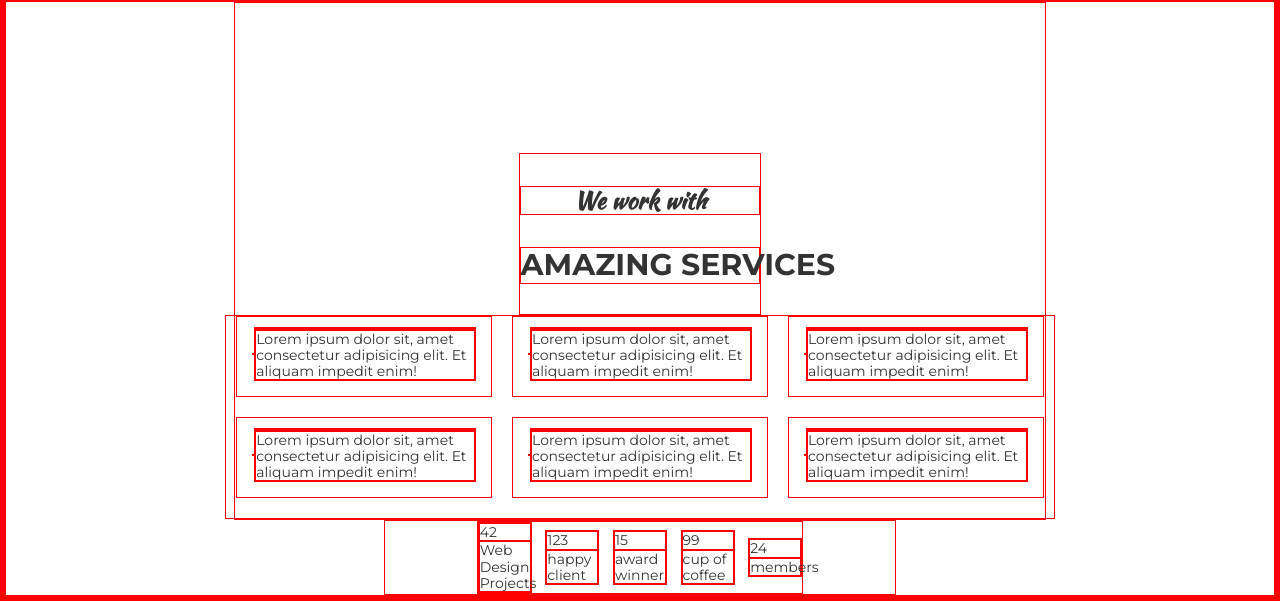
Repository: nataliiasaltan/Homework
Page: index.html
An editor plug-in stored every save of this project. The page is shown before and after the next save, followed by the edit.
The browser window is 1280 px wide. The pictures show the part of the page from y = 901 to 1502 px (the page is 1502 px tall before and 1352 px after).

Above is the page before, as saved 2020-02-27 10:43:57.

### index.html
<!DOCTYPE html>
<html lang="en">
    <head>
        <meta charset="UTF-8">
        <meta name="viewport" content="width=device-width, initial-scale=1.0">
        <link rel="stylesheet"
            href="https://necolas.github.io/normalize.css/8.0.1/normalize.css">
        <link
            href="https://fonts.googleapis.com/css?family=Kaushan+Script|Montserrat:400,700|Roboto:400,400i&display=swap"
            rel="stylesheet">
        <link rel="stylesheet" href="css/icomoon.css">
        <link rel="stylesheet" href="css/style.css">
        <title>Mogo</title>
    </head>
    <body>
        <div class="wrapper">
            <header class="header">
                <div class="container">
                    <div class="header__wrapper">
                        <strong class="logo"><a href="home.html" alt="MoGo"></a>MoGo</strong>
                        <div class="header__inner">
                            <nav class="nav">
                                <ul class="nav-list">
                                    <li><a href="#">About</a></li>
                                    <li><a href="#">service</a></li>
                                    <li><a href="#">work</a></li>
                                    <li><a href="#">blog</a></li>
                                    <li><a href="#">contact</a></li>
                                </ul>
                            </nav>
                            <div class="booking">
                                <a href="#"> <i class="icon-shopping-cart"></i></a>
                                <a href="#"> <i class="icon-search"></i></a>
                            </div>
                        </div>
                    </div>
                </div>
            </header>
            <main>
                <section class="about" style="background-image:
                    url(images/Layer_15.png);">
                    <div class="about__container">
                        <div class="about__inner">
                            <div class="creative">Creative Template</div>
                            <div class="about__title">Welcome <br> to MoGo</div>
                        </div>
                        <div class="holder-btn">
                            <a class="about__btn" href="#">Learn more</a>

                        </div>
                    </div>
                </section>
                <section class="service">
                     <div class="service__wrapper">
                    <div class="container">

                        <div class="title-holder">
                            <h4>We work with</h4>
                            <h3>Amazing Services</h3>
                        </div>
                        <div class="development__wrapper">
                            <div class="development">
                                <i class="icon-service"></i>
                                <div class="development__inner">
                                    <div class="name"></div>
                                    <div class="description">Lorem ipsum dolor
                                        sit,
                                        amet
                                        consectetur adipisicing elit. Et aliquam
                                        impedit
                                        enim!</div>
                                </div>
                            </div>
                            <div class="development">
                                <i class="icon-service"></i>
                                <div class="development__inner">
                                    <div class="name"></div>
                                    <div class="description">Lorem ipsum dolor
                                        sit,
                                        amet
                                        consectetur adipisicing elit. Et aliquam
                                        impedit
                                        enim!</div>
                                </div>
                            </div>
                            <div class="development">
                                <i class="icon-service"></i>
                                <div class="development____inner">
                                    <div class="name"></div>
                                    <div class="description">Lorem ipsum dolor
                                        sit,
                                        amet
                                        consectetur adipisicing elit. Et aliquam
                                        impedit
                                        enim!</div>
                                </div>
                            </div>
                            <div class="development">
                                <i class="icon-service"></i>
                                <div class="development__inner">
                                    <div class="name"></div>
                                    <div class="description">Lorem ipsum dolor
                                        sit,
                                        amet
                                        consectetur adipisicing elit. Et aliquam
                                        impedit
                                        enim!</div>
                                </div>
                            </div>
                            <div class="development">
                                <i class="icon-service"></i>
                                <div class="development__inner">
                                    <div class="name"></div>
                                    <div class="description">Lorem ipsum dolor
                                        sit,
                                        amet
                                        consectetur adipisicing elit. Et aliquam
                                        impedit
                                        enim!</div>
                                </div>
                            </div>
                            <div class="development">
                                <i class="icon-service"></i>
                                <div class="development__inner">
                                    <div class="name"></div>
                                    <div class="description">Lorem ipsum dolor
                                        sit,
                                        amet
                                        consectetur adipisicing elit. Et aliquam
                                        impedit
                                        enim!</div>
                                </div>
                            </div>
                        </div>
                    </div>

                    <div class="result">
                        <div class="result__container">
                            <div class="result__inner">
                                <div class="namber">42</div>
                                <div class="signature">Web Design Projects</div>
                            </div>
                            <div class="result__inner">
                                <div class="namber">123</div>
                                <div class="signature">happy client</div>
                            </div>
                            <div class="result__inner">
                                <div class="namber">15</div>
                                <div class="signature">award winner</div>
                            </div>
                            <div class="result__inner">
                                <div class="namber">99</div>
                                <div class="signature">cup of coffee</div>
                            </div>
                            <div class="result__inner">
                                <div class="namber">24</div>
                                <div class="signature">members</div>
                            </div>
                        </div>
                    </div>
                </div>
                </section>
            </main>
        </div>

    </body>
</html>

### css/icomoon.css
@font-face {
  font-family: 'icomoon';
  src:  url('../fonts/icomoon.eot?p5lq4w');
  src:  url('../fonts/icomoon.eot?p5lq4w#iefix') format('embedded-opentype'),
    url('../fonts/icomoon.ttf?p5lq4w') format('truetype'),
    url('../fonts/icomoon.woff?p5lq4w') format('woff'),
    url('../fonts/icomoon.svg?p5lq4w#icomoon') format('svg');
  font-weight: normal;
  font-style: normal;
  font-display: block;
}

[class^="icon-"], [class*=" icon-"] {
  /* use !important to prevent issues with browser extensions that change fonts */
  font-family: 'icomoon' !important;
  speak: none;
  font-style: normal;
  font-weight: normal;
  font-variant: normal;
  text-transform: none;
  line-height: 1;

  /* Better Font Rendering =========== */
  -webkit-font-smoothing: antialiased;
  -moz-osx-font-smoothing: grayscale;
}

.icon-search:before {
  content: "\f002";
}
.icon-align-justify:before {
  content: "\f039";
}
.icon-eye:before {
  content: "\f06e";
}
.icon-shopping-cart:before {
  content: "\f07a";
}
.icon-twitter:before {
  content: "\f099";
}
.icon-facebook:before {
  content: "\f09a";
}
.icon-facebook-f:before {
  content: "\f09a";
}
.icon-google-plus:before {
  content: "\f0d5";
}
.icon-youtube-play:before {
  content: "\f16a";
}
.icon-instagram:before {
  content: "\f16d";
}
.icon-tumblr:before {
  content: "\f173";
}
.icon-dribbble:before {
  content: "\f17d";
}
.icon-file-image-o:before {
  content: "\f1c5";
}
.icon-file-photo-o:before {
  content: "\f1c5";
}
.icon-file-picture-o:before {
  content: "\f1c5";
}
.icon-copyright:before {
  content: "\f1f9";
}
.icon-pinterest-p:before {
  content: "\f231";
}
.icon-commenting:before {
  content: "\f27a";
}

### css/style.css
*,
::after,
::before{
    box-sizing: border-box;
    border: 1px solid red;
}

body{
    font-family: 'Montserrat', sans-serif;
    font-size: 14px;
    font-weight: 400;
    color: #333333;
    margin: 0;
}

img{
    display: inline-block;
    max-width: 100%;
    vertical-align: top;
}

a{
    text-decoration: none;
    display: inline;
    cursor: pointer;
}

p{
    margin: 0;
}

header{
    position: absolute;
    z-index: 10;
    left: 0;
    right: 0;
    top: 0;
    bottom: 0;
}


.container{
    max-width: 64%;
    margin: 0 auto;
}

.header__wrapper{
    margin-top: 30px;
}

.header__wrapper{
    display: flex;
    justify-content: space-between;
    text-align: center;
}

.header__inner{
    display: flex;
    justify-content: space-between;
}

.logo{
    align-self: center;
    font-size: 30px;
    font-weight: 700;
    color: #ffffff;
    cursor: pointer;
}

.nav-list{
    display: flex;
    justify-content: center;
    align-items: center;
    list-style: none;
    padding: 0;
}

.nav-list a{
   color: #ffffff;
   padding: 12px 25px;
   border-bottom: 1px solid transparent;
   text-transform: uppercase;
}

.nav-list a:hover{
    color: #fce38a;
    border-bottom: 1px solid #fce38a;
}

.booking{
    align-self: center;
}

.icon-shopping-cart,
.icon-search{
    padding: 0 20px;
    color: #ffffff;
}

.about{
    position: relative;
    min-height: 100vh;
    background-size: cover;
    background-position: center;
    width: 100%;
    padding: 170px 0;
    display: flex;
    justify-content: space-between;
}

.about:after{
    position: absolute;
    content: "";
    top: 0;
    left: 0;
    bottom: 0;
    right: 0;
    /* background: linear-gradient(to top, rgba(252, 227, 138, 0.9)0%, rgba(243, 129, 129, 0.9) 100%); */
}

.about__container{
    min-width: 43%;
    margin: 0 auto;
    padding-bottom: 25px;
}

.about__inner{
    margin-bottom: 100px;
    position: relative;
}

.about__inner::after{
    position: absolute;
    content: "";
    width: 100%;
    max-width: 60px;
    height: 3px;
    background-color: #fff;
    top: 110%;
    left: 47%;
}
.creative{
    color: #ffffff;
    font-family: "Kaushan Script";
    font-size: 72px;
    text-align: center;
    margin-bottom: 42px;
}

.about__title{
    color: #ffffff;
    font-size: 150px;
    font-weight: 700;
    line-height: 0.93;
    text-transform: uppercase;
    text-align: center;
}

.holder-btn{
    max-width: 20%;
    margin: 0 auto;
}

.about__btn{
    color: #ffffff;
    font-weight: 700;
    text-transform: uppercase;
    padding: 15px 32px;
    border: 1px solid #ffffff;
    cursor: pointer;
}

.service__wrapper{
    display: flex;
    flex-direction: column;
    justify-content: space-between;
    align-items: center;
}

.title-holder{
    max-width: 30%;
    margin: 150px auto 0;
    position: relative;
}

.title-holder::after{
    position: absolute;
    content: "";
    width: 100%;
    max-width: 60px;
    height: 3px;
    color: red;

}

.development__wrapper{
    display: flex;
    flex-wrap: wrap;
    justify-content: space-between;
    align-items: center;
    margin: 0 -10px;
}

.development{
    margin: 0 10px 20px;
	width: calc(33.333% - 20px);
    padding: 10px 15px 15px;
    display: flex;
    align-items: center;
}

.result__container{
    max-width: 64%;
    margin: 0 auto;
    display: flex;
    justify-content: space-between;
    align-items: center;
}

.result__inner{
    max-width: 16.66%;
    width: 100%;
}

h4{
    font-family: "Kaushan Script";
    font-size: 24px;
    text-align: center;
}

h3{
    font-size: 30px;
    font-weight: 700;
    text-transform: uppercase;
    text-align: center;
    white-space: nowrap;
}

After the next save:
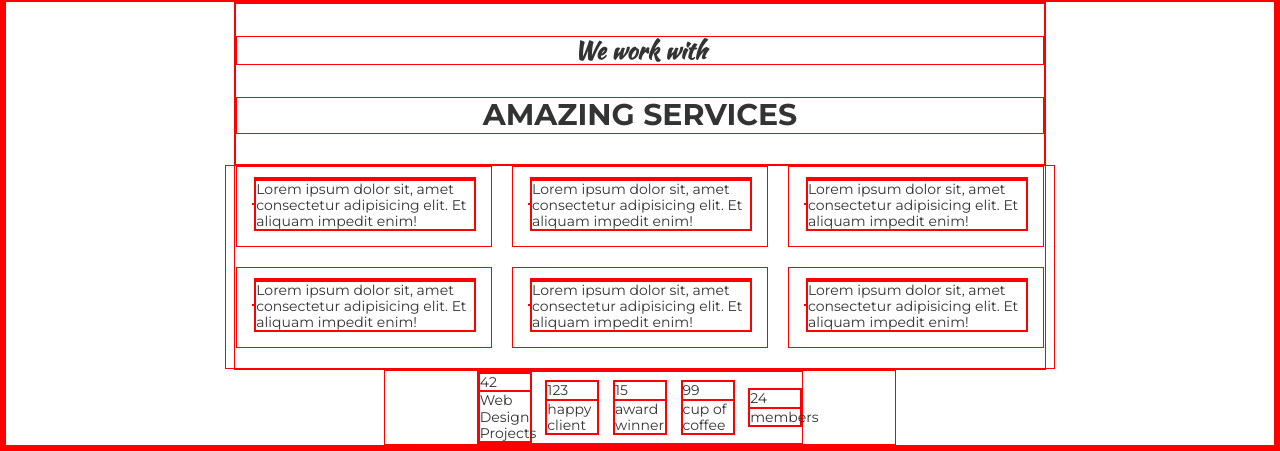
Saved 72 s later.
--- a/css/style.css
+++ b/css/style.css
@@ -177,11 +177,11 @@ header{
     align-items: center;
 }
 
-.title-holder{
+/* .title-holder{
     max-width: 30%;
     margin: 150px auto 0;
     position: relative;
-}
+} */
 
 .title-holder::after{
     position: absolute;
